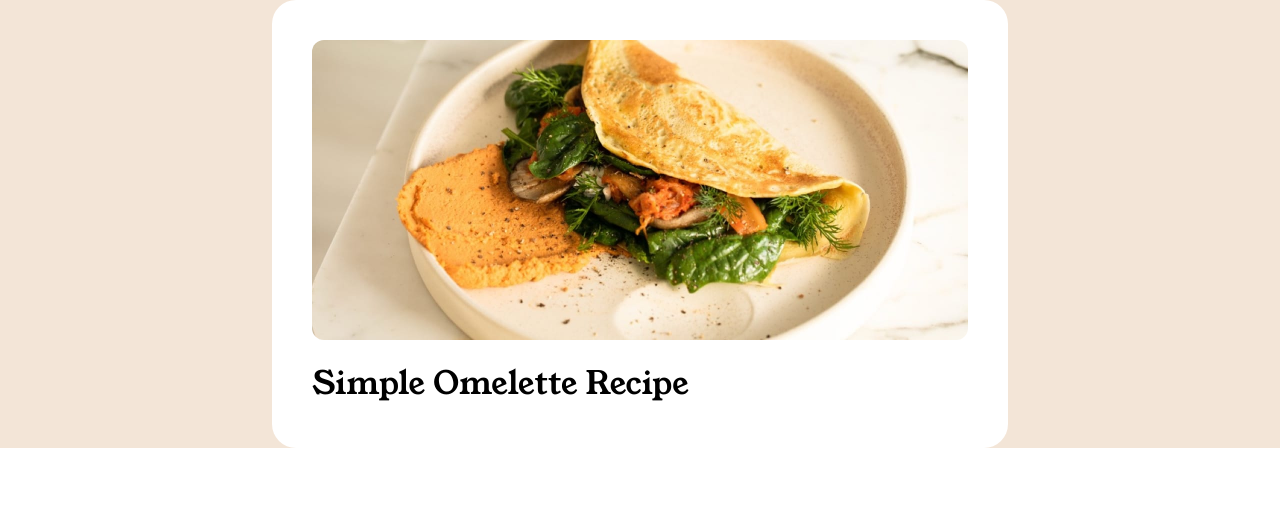
Repository: brandontaylor1/recipe-page
Page: index.html
These files come from the project's save history. The page is drawn as it stood at one moment and after the next save; the edit follows.
The browser window is 1280 px wide. The pictures show the whole page.

Above is the page before, as saved 2024-12-28 21:47:11.

After the next save:
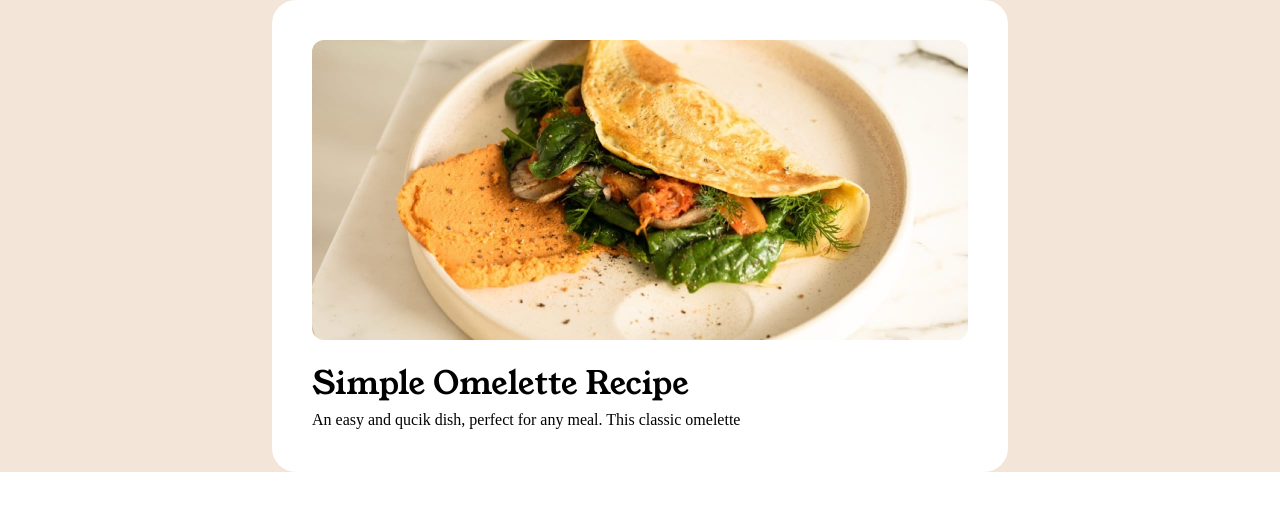
Saved 13 s later.
--- a/index.html
+++ b/index.html
@@ -14,7 +14,7 @@
         <div class="recipe-card">
             <img src="./assets/images/image-omelette.jpeg" alt="recipe-image">
             <h1>Simple Omelette Recipe</h1>
-            <p></p>
+            <p>An easy and qucik dish, perfect for any meal. This classic omelette</p>
         </div>
 
 
